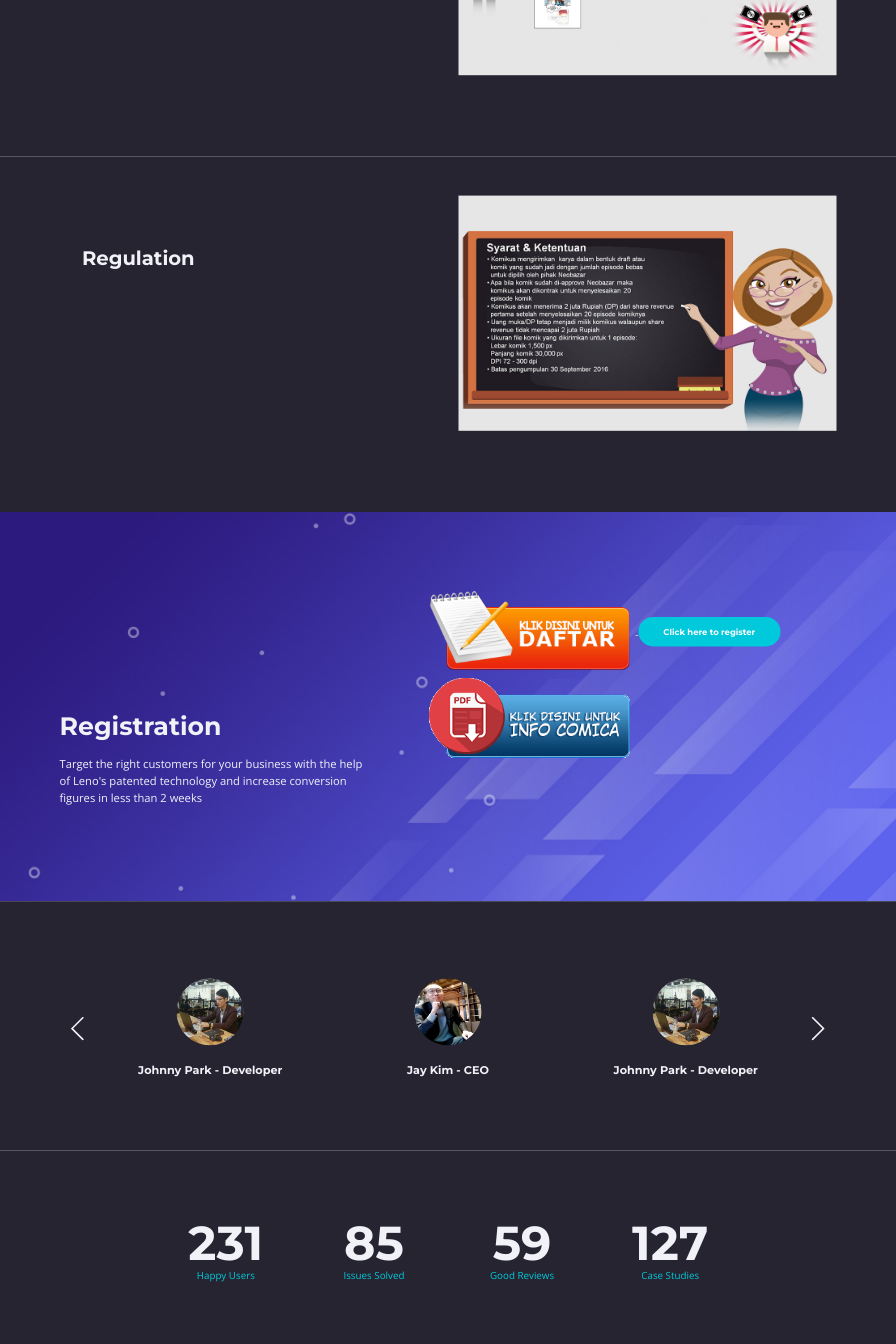
Repository: blackhat97/Homepage
Page: index.html
These files come from the project's save history. The page is drawn as it stood at one moment and after the next save; the edit follows.
The browser window is 1280 px wide. The pictures show the part of the page from y = 2029 to 3949 px (the page is 4522 px tall), at 70% of full size.

Above is the page before, as saved 2020-04-03 12:43:32.

After the next save:
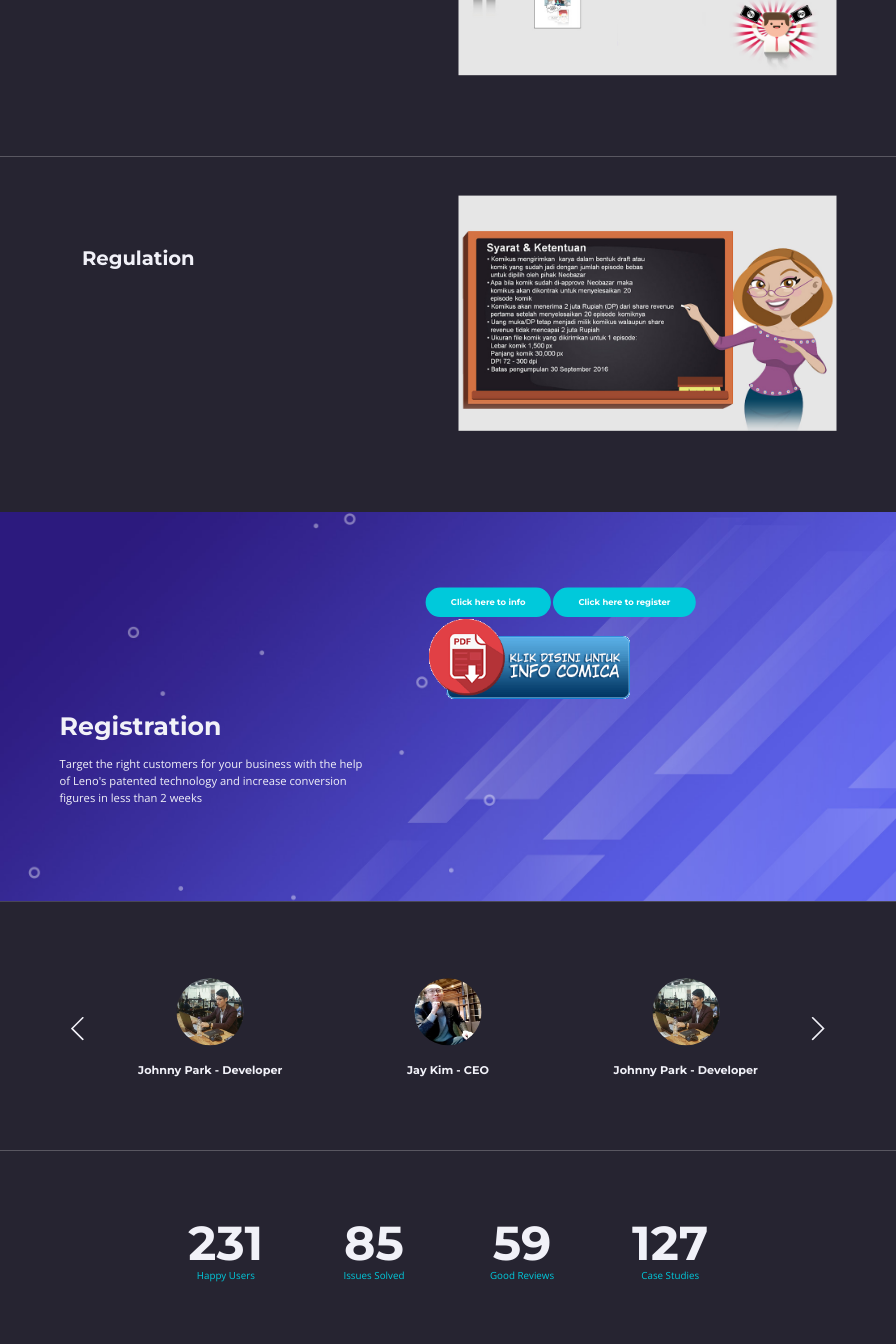
Saved 21 s later.
--- a/index.html
+++ b/index.html
@@ -267,7 +267,7 @@
                 <div class="col-lg-6 col-xl-7">
                     <div class="image-container">
                         <a href="https://goo.gl/Tu6C6y" target="_blank">
-                            <img src="images/daftar.png" alt="alternative">
+                            <a class="btn-solid-reg popup-with-move-anim" href="#details-lightbox-1">Click here to info</a>
                         </a>
                         <a href="images/Proposal_Comica.pdf" target="_blank">
                             <a class="btn-solid-reg popup-with-move-anim" href="#details-lightbox-1">Click here to register</a>
